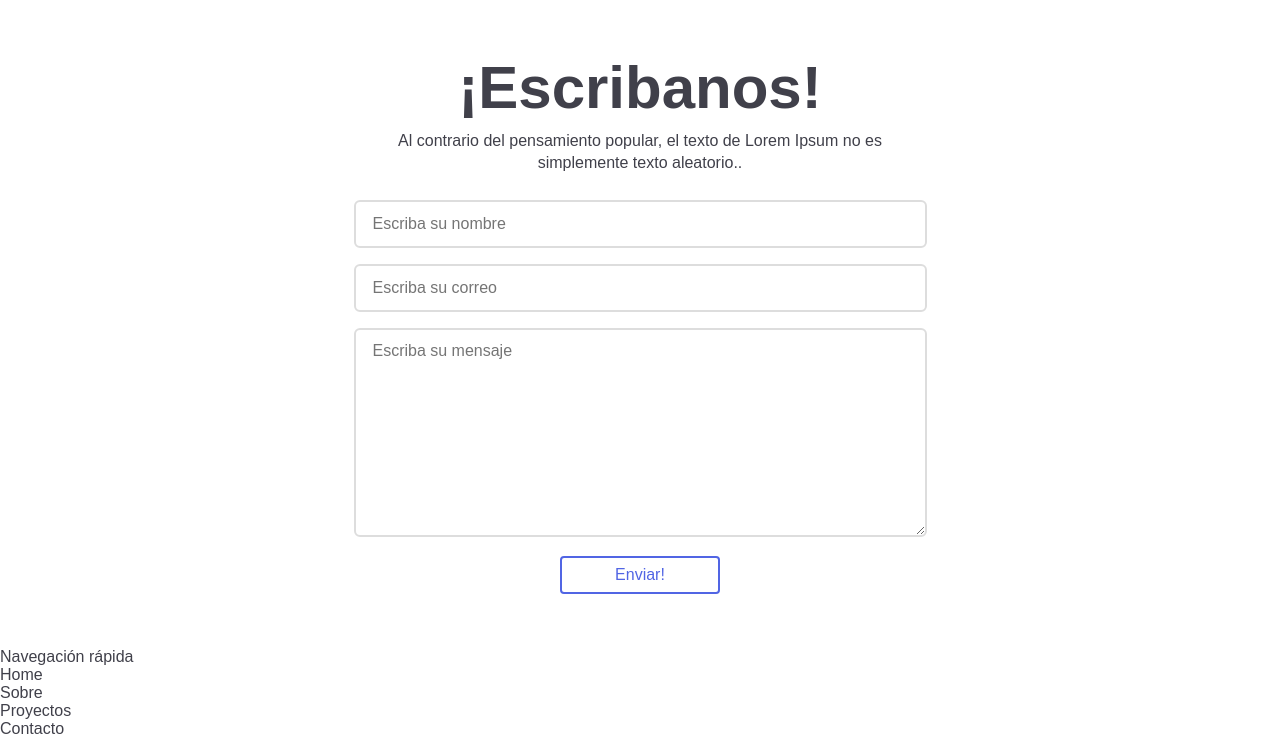
Repository: robsonmarkes/accesibilidad
Page: index.html
The author's editor kept a copy of each file at every save. The page is drawn from the files as they stood at one save, then again after the next save.
The browser window is 1280 px wide. The pictures show the part of the page from y = 1369 to 2107 px (the page is 2107 px tall before and 2089 px after).
A picture or video elsewhere on the page could not be fetched, so the positions and the page height are approximate.

Above is the page before, as saved 2022-10-11 11:18:39.

### index.html
<!DOCTYPE html>
<html lang="en">
<head>
    <meta charset="UTF-8">
    <meta http-equiv="X-UA-Compatible" content="IE=edge">
    <meta name="viewport" content="width=device-width, initial-scale=1.0">
    <title>Mi empresa portal</title>
    <link rel="stylesheet" href="style.css">
</head>
<body>
    <!-- wrong way -->
    <div class="wrap">
        <div class="header">
            <a href="http://google.com" class="logo">
                <img src="https://www.pngarts.com/files/3/Logo-PNG-Transparent-Image.png" alt="" srcset="">
            </a>
            <ul>
                <li>
                    <a href="#" target="_blank" rel="noopener noreferrer">Home</a>
                </li>
                <li>
                    <a href="#" target="_blank" rel="noopener noreferrer">Proyectos</a>
                </li>
                <li>
                    <a href="#" target="_blank" rel="noopener noreferrer">Contacto</a>
                </li>
            </ul>
        </div>
        <div class="content">
            <div class="article">
                <h1>Bienvenido!</h1>
                <p>
                    Lorem Ipsum es simplemente el texto de relleno de las imprentas y archivos de texto. Lorem Ipsum ha sido el texto de relleno estándar de las industrias desde el año 1500, cuando un impresor (N. del T. persona que se dedica a la imprenta) desconocido usó una galería de textos y los mezcló de tal manera que logró hacer un libro de textos especimen. No sólo sobrevivió 500 años, sino que tambien ingresó como texto de relleno en documentos electrónicos, quedando esencialmente igual al original. Fue popularizado en los 60s con la creación de las hojas "Letraset", las cuales contenian pasajes de Lorem Ipsum, y más recientemente con software de autoedición, como por ejemplo Aldus PageMaker, el cual incluye versiones de Lorem Ipsum.
                </p>
                <div class="buttons">
                    <button class="primary">Empezar!</button>
                    <button class="secondary">Contacto</button>
                </div>
            </div>
            <hr />
            <div class="article">
                <div>
                    <h1>Nuestra empresa</h1>
                    <p>
                        Es un hecho establecido hace demasiado tiempo que un lector se distraerá con el contenido del texto de un sitio mientras que mira su diseño. El punto de usar Lorem Ipsum es que tiene una distribución más o menos normal de las letras, al contrario de usar textos como por ejemplo "Contenido aquí, contenido aquí". Estos textos hacen parecerlo un español que se puede leer. Muchos paquetes de autoedición y editores de páginas web usan el Lorem Ipsum como su texto por defecto, y al hacer una búsqueda de "Lorem Ipsum" va a dar por resultado muchos sitios web que usan este texto si se encuentran en estado de desarrollo. Muchas versiones han evolucionado a través de los años, algunas veces por accidente, otras veces a propósito (por ejemplo insertándole humor y cosas por el estilo).
                    </p>
                </div>
                <img src="https://cdn-dynmedia-1.microsoft.com/is/image/microsoftcorp/O2019-Hero-image-x2:VP1-539x440?resMode=sharp2&op_usm=1.5,0.65,15,0&wid=1920&hei=720&qlt=75&fit=constrain" alt="">
            </div>
            <hr />
            <div class="article">
                <h1>¡Escribanos!</h1>
                <p>
                    Al contrario del pensamiento popular, el texto de Lorem Ipsum no es simplemente texto aleatorio..
                </p>
                <form action="">
                    <fieldset>
                        <legend>En formulário de ejemplo</legend>
                        <div class="form-group">
                            <label for="name">nombre:</label>
                            <input type="text" name="name" id="name" placeholder="Escriba su nombre">
                        </div>
                        <div class="form-group">
                            <label for="email">correo:</label>
                            <input type="text" name="email" id="email" placeholder="Escriba su correo">
                        </div>
                        <div class="form-group">
                            <label for="message">mensaje:</label>
                            <textarea name="message" id="message" cols="30" rows="10" placeholder="Escriba su mensaje"></textarea>
                        </div>
                        <button>Enviar!</button>
                    </fieldset>
                </form>
            </div>
        </div>
        <div class="footer">
            <span>Navegación rápida</span>
            <ul>
                <li>
                    <a href="#" target="_blank" rel="noopener noreferrer">Home</a>
                </li>
                <li>
                    <a href="#" target="_blank" rel="noopener noreferrer">Sobre</a>
                </li>
                <li>
                    <a href="#" target="_blank" rel="noopener noreferrer">Proyectos</a>
                </li>
                <li>
                    <a href="#" target="_blank" rel="noopener noreferrer">Contacto</a>
                </li>
            </ul>
        </div>

        <div class="backgound-modal"></div>
        <div class="modal">
            <h2 class="title">Estas seguro que quieres enviar?</h2>
            <span>La acción no puede ser deshecha.</span>
            <button>¡Si!</button>
            <button>¡No!</button>
        </div>

    </div>
</body>
</html>

### style.css
:root {
    --primary-bg: rgb(81, 101, 228);
    --primary-color: #fff;
    --secondary-bg: #ffffff;
    --secondary-color: rgb(64, 64, 74);
    --body-bg: rgb(64, 64, 74);
    --transition-time: 0.2s;
  }

body, * {
    margin: 0;
    padding: 0;
    list-style-type: none;
    text-decoration: none;
    font-family:Arial, Helvetica, sans-serif;
    color: var(--secondary-color);
}

body a:hover {
    color: var(--primary-color);
}

.wrap {
    width: 100%;
    height: auto;
    margin: 0 auto;

}

.wrap .header {
    display: flex;
    align-items: center;
    background-color: var(--primary-bg);
}

.wrap .header  img {
    filter: invert(100%);
    height: 64px;
}

.wrap .header ul {
    display: flex;
}
.wrap .header ul li {
    padding: 1rem;
}
.wrap .header a {
    color: var(--primary-color);
}

.wrap .content {
    width: 100%;
    min-width: 400px;
    margin: 0;
}

.wrap .content hr {
    color: var(--body-bg);
    opacity: 0.2;
}

.wrap .content .article {
    margin: 0 auto;
    padding: 64px 0 48px;
    max-width: 600px;
    line-height: 1.4;
}

.wrap .content .article h1, h2, h3 {
    font-size: 3.75rem;
    padding-bottom: 0.35;
    text-align: center;
}

.wrap .content .article p {
    font-size: 1rem;
    text-align: center;
    padding: 0 1rem 1rem;
}

.wrap .content .article img {
    margin: 0 auto;
    max-width: 100%;
    padding: 1rem;
}

.wrap .content .article .buttons {
    max-width: 220px;
    margin: 0 auto;
    display: flex;
}

.wrap .content .article .buttons button {
    font-size: 1rem;
    padding: 0.5rem 1rem;
    margin: 4px;
    border: 2px solid;
    border-radius: 4px;
    cursor: pointer;
    background-color: transparent;
}

.wrap .content .article .buttons button.primary {
    background-color: var(--primary-color);
    color: var(--primary-bg);
    transition: var(--transition-time) background-color;
}

.wrap .content .article .buttons button.primary:hover {
    background-color: var(--primary-bg);
    color: var(--primary-color);
    border-color: var(--primary-bg);
}

.wrap .content .article .buttons button.secondary {
    background-color: var(--secondary-color);
    color: var(--secondary-bg);
    border-color: var(--secondary-color);
    transition: var(--transition-time) background-color;
}

.wrap .content .article .buttons button.secondary:hover {
    background-color: var(--secondary-bg);
    color: var(--secondary-color);
    border-color: var(--secondary-color);
}

.wrap .content .article form {
    width: 100%;
    margin: 0 auto;
}

.wrap .content .article form fieldset {
    display: flex;
    flex-direction: column;
    align-items: center;
    border-color: transparent;
}

.wrap .content .article form fieldset legend {
    opacity: 0;
    font-size: 0px;
}

.wrap .content .article form .form-group {
    width: 100%;
    display: block;
}

.wrap .content .article form .form-group label {
    opacity: 0;
    font-size: 0px;
}

.wrap .content .article form .form-group input, .wrap .content .article form .form-group textarea {
    font-size: 1rem;
    padding: 0.8rem 1rem;
    margin: 0.5rem;
    border: 2px solid #ddd;
    border-radius: 6px;
    width: 90%;
}

.wrap .content .article form fieldset button {
    font-size: 1rem;
    width: 160px;
    margin: 0 auto;
    padding: 0.5rem 1rem;
    margin: 4px;
    border: 2px solid;
    border-radius: 4px;
    cursor: pointer;
    background-color: var(--primary-color);
    color: var(--primary-bg);
    transition: var(--transition-time) background-color;
}

.wrap .content .article form fieldset button:hover {
    background-color: var(--primary-bg);
    color: var(--primary-color);
    border-color: var(--primary-bg);
}

.wrap .background-modal, .wrap .modal {
    display: none;
}

After the next save:
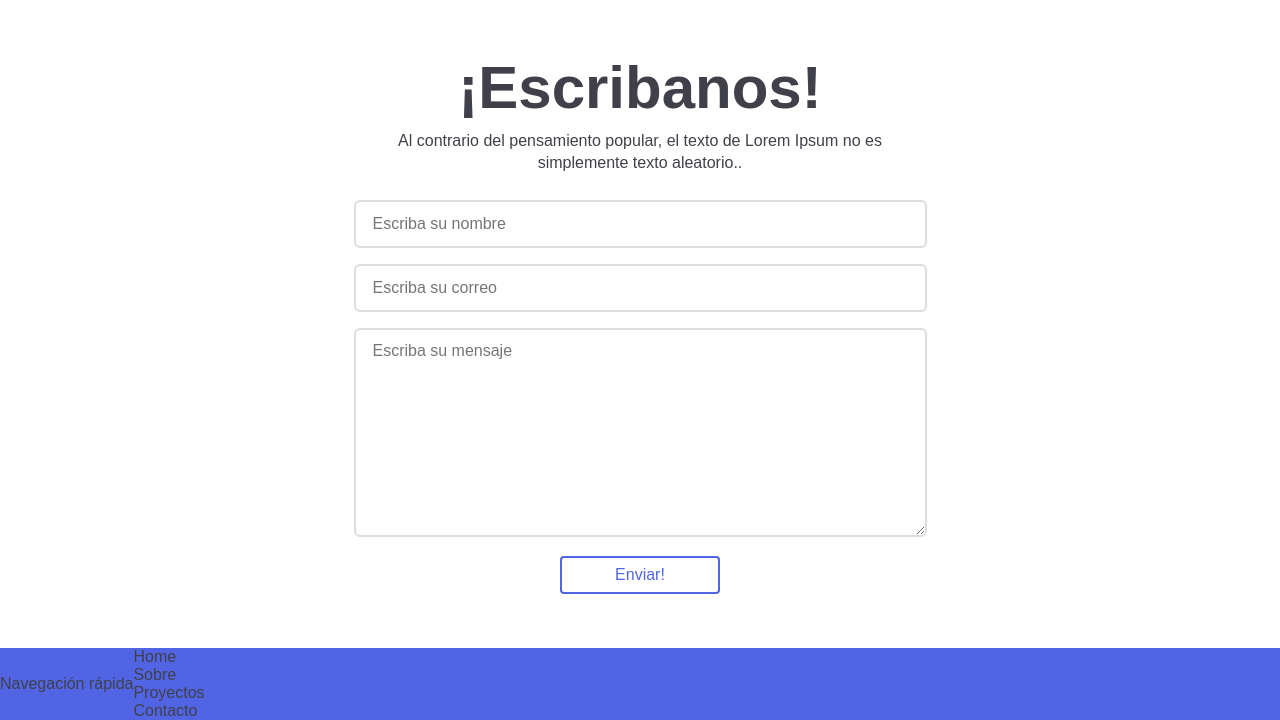
Saved 50 s later.
--- a/style.css
+++ b/style.css
@@ -184,3 +184,9 @@ body a:hover {
 .wrap .background-modal, .wrap .modal {
     display: none;
 }
+
+.wrap .footer {
+    display: flex;
+    align-items: center;
+    background-color: var(--primary-bg);
+}
